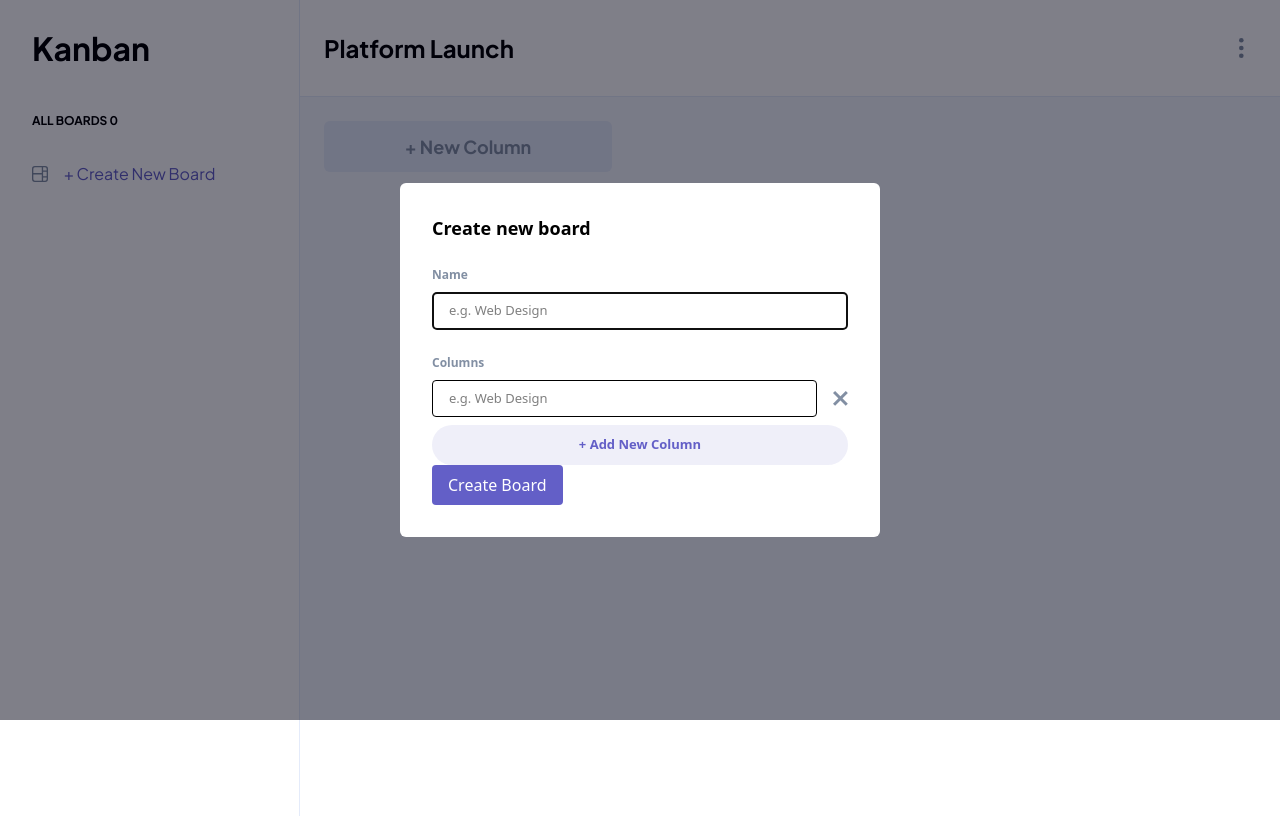
Repository: Baraajad231/Kanban-Board
Page: /, after clicking the first element matching `button.w-full`
These files come from the project's save history. The page is drawn as it stood at one moment and after the next save; the edit follows.
The browser window is 1280 px wide. The pictures show the whole page.
The project was rebuilt for these pictures with package versions that can differ from the ones it lists, and the page was loaded fresh each time. Also part of the build but not shown: vite.config.js, src/components/Card.jsx, src/components/Column.jsx.

Above is the page before, as saved 2026-03-25 18:09:22.

After the next save:
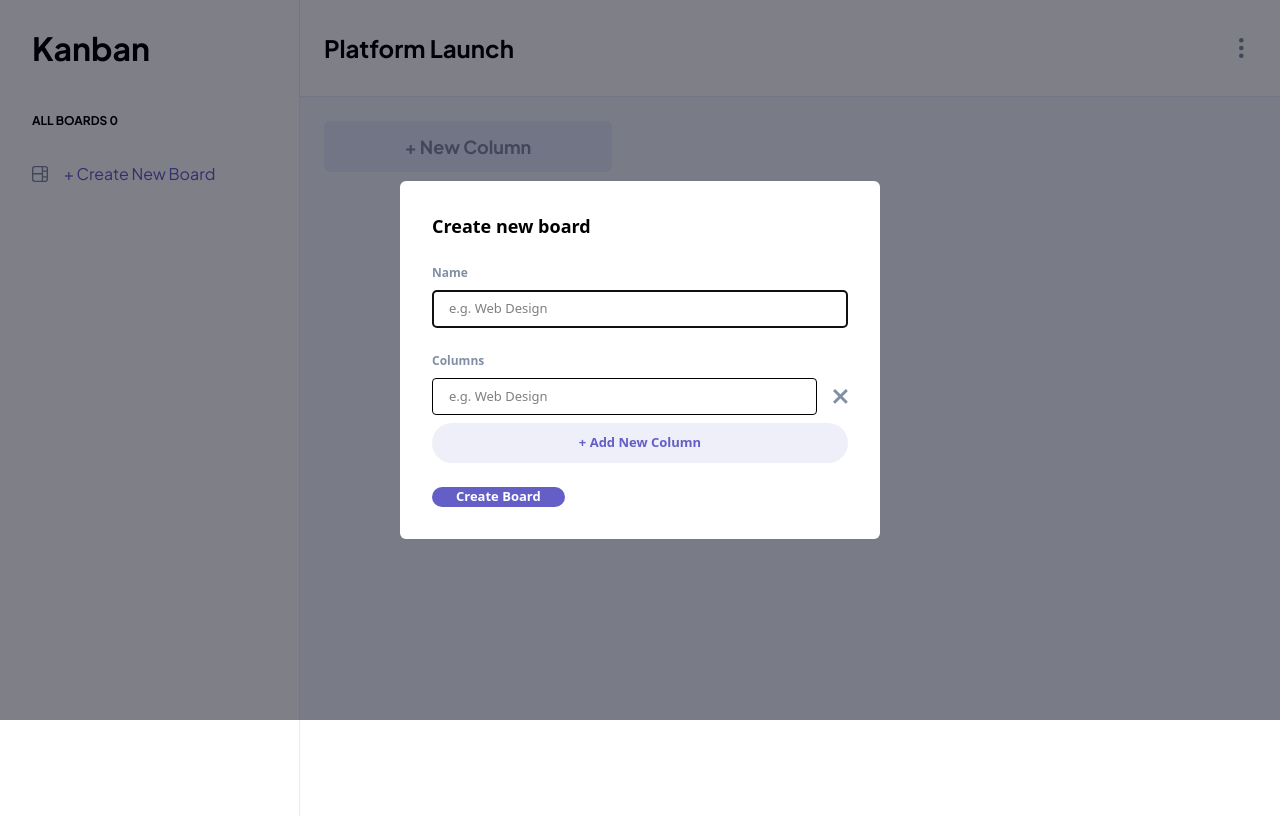
Saved 66 s later.
--- a/src/components/AddNewBoardForm.jsx
+++ b/src/components/AddNewBoardForm.jsx
@@ -21,9 +21,9 @@ const AddNewBoardForm = () => {
           + Add New Column
         </Button>
       </div>
-      <button className="bg-main-purple rounded px-4 py-2 text-white">
+      <Button type="submit" variant="primary" size="md" className="mt-6">
         Create Board
-      </button>
+      </Button>
     </form>
   );
 };
